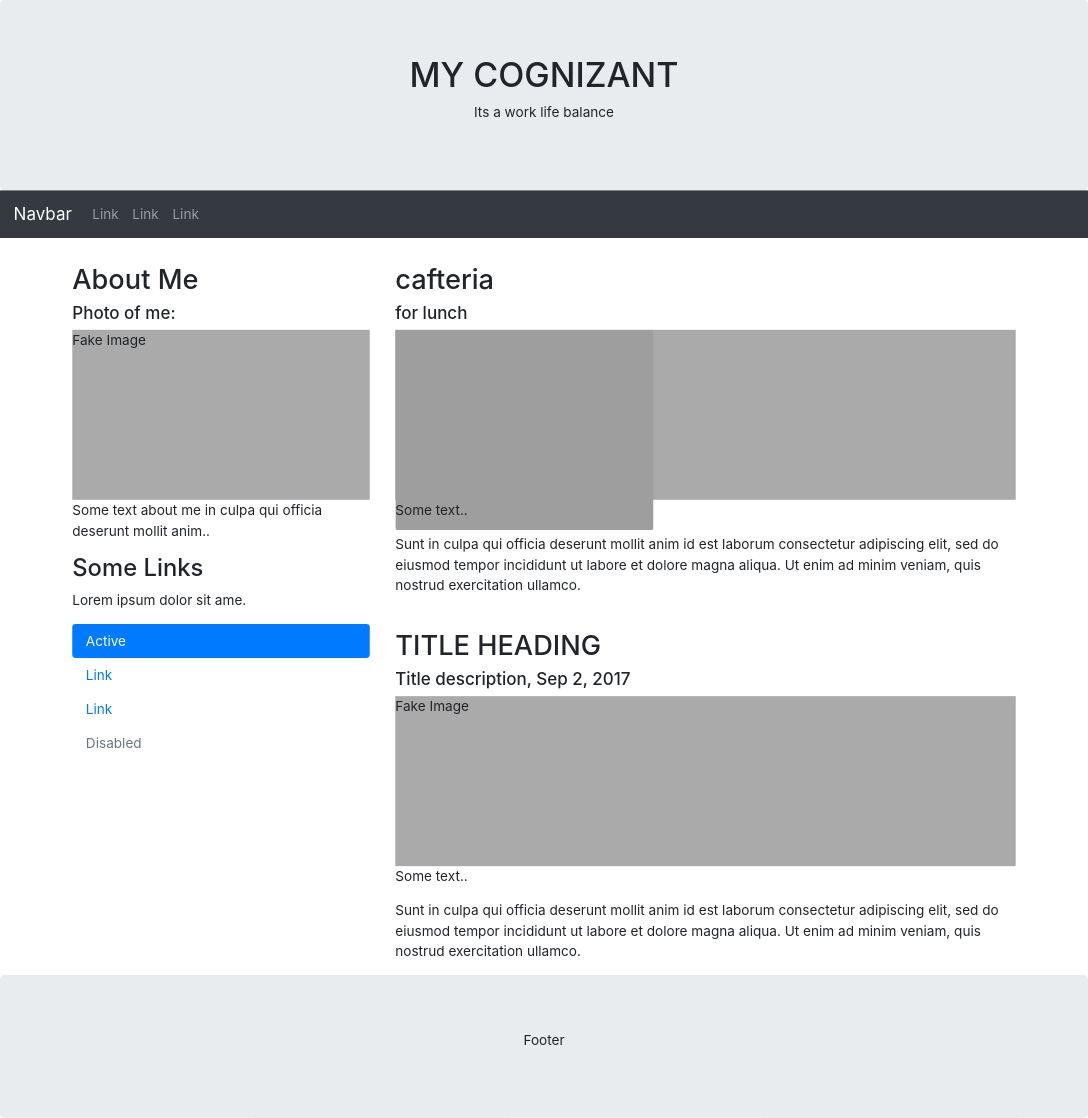
Repository: suvarsha/cognizant-projects
Page: BootStramp1/WebContent/first.html
These files come from the project's save history. The page is drawn as it stood at one moment and after the next save; the edit follows.
The browser window is 1280 px wide. The pictures show the whole page, at 85% of full size.
Pictures or frames that could not be fetched are drawn as grey boxes.

Above is the page before, as saved 2020-01-18 11:22:01.

### BootStramp1/WebContent/first.html
<!DOCTYPE html>
<html lang="en">
<head>
  <title>Bootstrap 4 Website Example</title>
  <meta charset="utf-8">
  <meta name="viewport" content="width=device-width, initial-scale=1">
  <link rel="stylesheet" href="https://maxcdn.bootstrapcdn.com/bootstrap/4.4.1/css/bootstrap.min.css">
  <script src="https://ajax.googleapis.com/ajax/libs/jquery/3.4.1/jquery.min.js"></script>
  <script src="https://cdnjs.cloudflare.com/ajax/libs/popper.js/1.16.0/umd/popper.min.js"></script>
  <script src="https://maxcdn.bootstrapcdn.com/bootstrap/4.4.1/js/bootstrap.min.js"></script>
  <style>
  .fakeimg {
    height: 200px;
    background: #aaa;
  }
  </style>
</head>
<body>

<div class="jumbotron text-center" style="margin-bottom:0">
  <h1>MY COGNIZANT</h1>
  <p>Its a  work life balance</p>
</div>

<nav class="navbar navbar-expand-sm bg-dark navbar-dark">
  <a class="navbar-brand" href="#">Navbar</a>
  <button class="navbar-toggler" type="button" data-toggle="collapse" data-target="#collapsibleNavbar">
    <span class="navbar-toggler-icon"></span>
  </button>
  <div class="collapse navbar-collapse" id="collapsibleNavbar">
    <ul class="navbar-nav">
      <li class="nav-item">
        <a class="nav-link" href="#">Link</a>
      </li>
      <li class="nav-item">
        <a class="nav-link" href="#">Link</a>
      </li>
      <li class="nav-item">
        <a class="nav-link" href="#">Link</a>
      </li>
    </ul>
  </div>
</nav>

<div class="container" style="margin-top:30px">
  <div class="row">
    <div class="col-sm-4">
      <h2>About Me</h2>
      <h5>Photo of me:</h5>
      <div class="fakeimg">Fake Image</div>
      <p>Some text about me in culpa qui officia deserunt mollit anim..</p>
      <h3>Some Links</h3>
      <p>Lorem ipsum dolor sit ame.</p>
      <ul class="nav nav-pills flex-column">
        <li class="nav-item">
          <a class="nav-link active" href="#">Active</a>
        </li>
        <li class="nav-item">
          <a class="nav-link" href="#">Link</a>
        </li>
        <li class="nav-item">
          <a class="nav-link" href="#">Link</a>
        </li>
        <li class="nav-item">
          <a class="nav-link disabled" href="#">Disabled</a>
        </li>
      </ul>
      <hr class="d-sm-none">
    </div>
    <div class="col-sm-8">
      <h2>cafteria</h2>
      <h5>for lunch</h5>
      <div class="fakeimg">
      <img src="kfc.jpg" class="rounded" alt="Cinque Terre" width="304" height="236"></div>
      <p>Some text..</p>
      <p>Sunt in culpa qui officia deserunt mollit anim id est laborum consectetur adipiscing elit, sed do eiusmod tempor incididunt ut labore et dolore magna aliqua. Ut enim ad minim veniam, quis nostrud exercitation ullamco.</p>
      <br>
      <h2>TITLE HEADING</h2>
      <h5>Title description, Sep 2, 2017</h5>
      <div class="fakeimg">Fake Image</div>
      <p>Some text..</p>
      <p>Sunt in culpa qui officia deserunt mollit anim id est laborum consectetur adipiscing elit, sed do eiusmod tempor incididunt ut labore et dolore magna aliqua. Ut enim ad minim veniam, quis nostrud exercitation ullamco.</p>
    </div>
  </div>
</div>

<div class="jumbotron text-center" style="margin-bottom:0">
  <p>Footer</p>
</div>

</body>
</html>

After the next save:
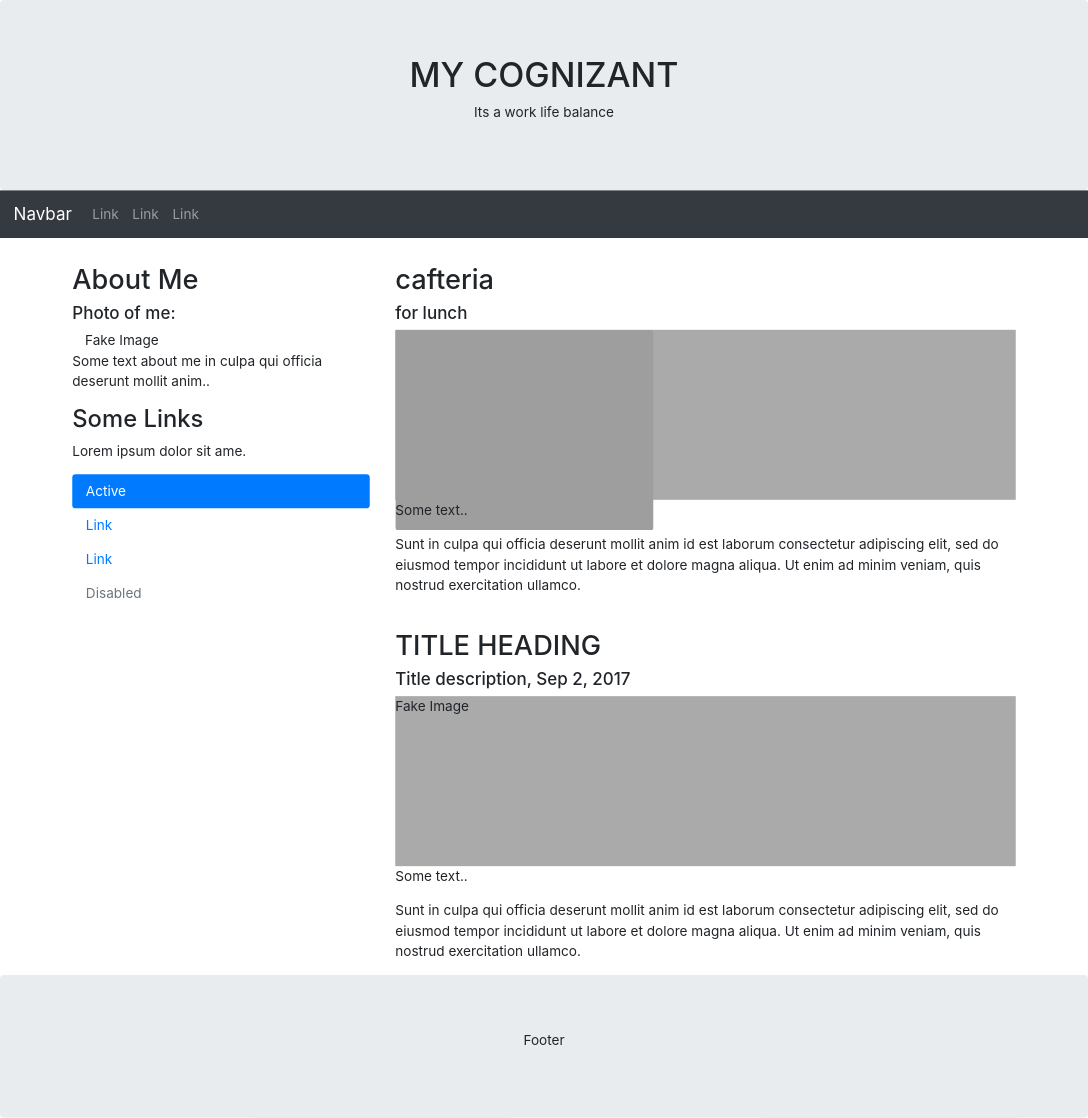
Saved 3 min 37 s later.
--- a/BootStramp1/WebContent/first.html
+++ b/BootStramp1/WebContent/first.html
@@ -47,7 +47,7 @@
     <div class="col-sm-4">
       <h2>About Me</h2>
       <h5>Photo of me:</h5>
-      <div class="fakeimg">Fake Image</div>
+      <div class="container">Fake Image</div>
       <p>Some text about me in culpa qui officia deserunt mollit anim..</p>
       <h3>Some Links</h3>
       <p>Lorem ipsum dolor sit ame.</p>
